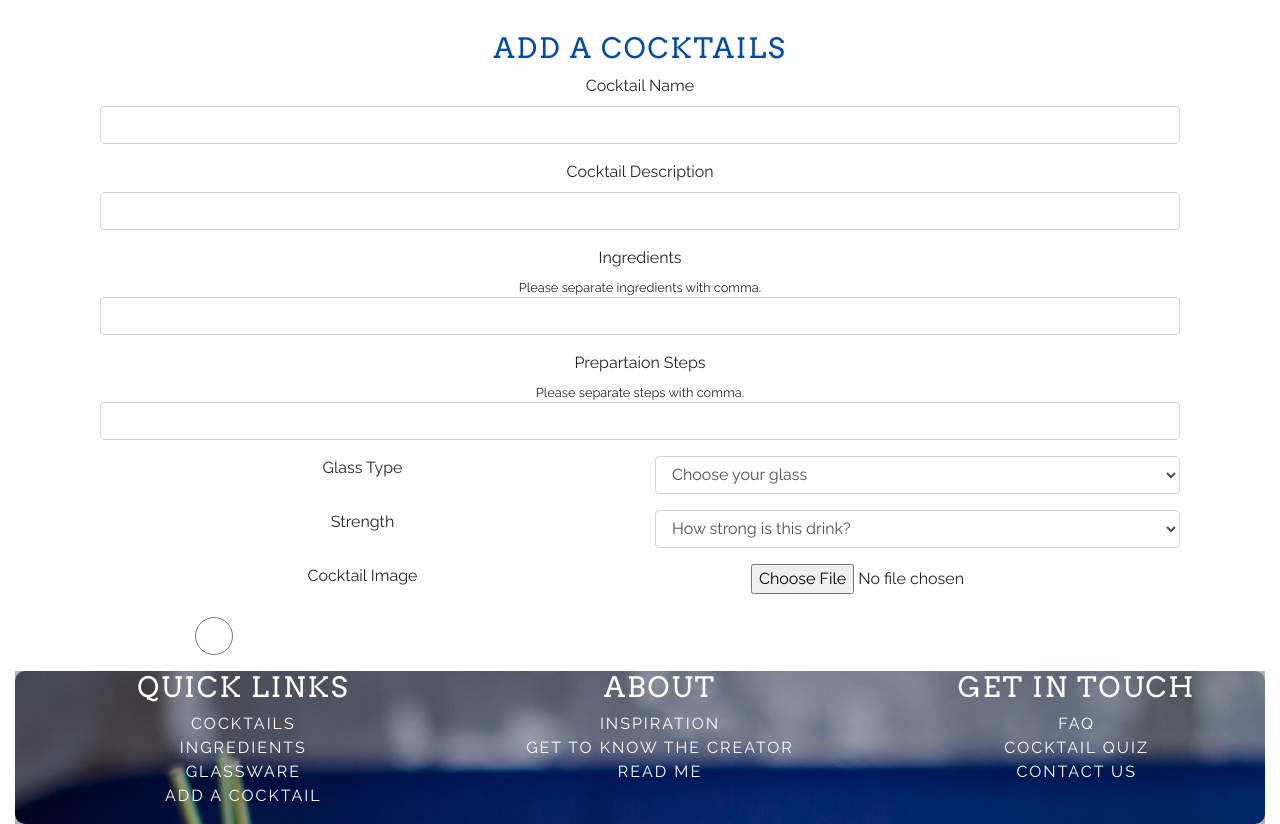
Repository: noblesaleka/cocktail_app
Page: http://localhost/add_cocktail
The author's editor kept a record of every edit. The page is drawn from the files as they stood at one moment, then again after the next edit.
The browser window is 1280 px wide. The pictures show the part of the page from y = 556 to 1380 px (the page is 1380 px tall).
The page is served by the project's application, run on Flask 3 (app.py). Queries for data that is not in the repository find no rows.

Above is the page before.
Console error: TypeError: $(...).formSelect is not a function

### templates/addCocktail.html
{% extends 'base.html' %} {% block content %}

<div class="container-fluid text-center">

    <div class="text-center">
        <h3>Add A Cocktails</h3>
    </div>

    <div class="container" id="">

        <form id="upload-form" action="{{url_for('insert_cocktail')}}" method="POST" enctype="multipart/form-data" class="col s12">
            <!--Cocktail Name-->
            <div class="form-group row ">
                <div class="col-12">
                    <label for="cocktail_name">Cocktail Name</label>
                    <input class="form-control validate" type="text" name="cocktail_name" id="cocktail_name" value="" required>
                </div>
            </div>

            <!--Cocktail Description-->
            <div class="form-group row ">
                <div class="col-12">
                    <label for="cocktail_description">Cocktail Description</label>
                    <input class="form-control validate" type="text" name="cocktail_description" id="cocktail_description" value="" required>
                </div>
            </div>

            <!--Cocktail Ingredients-->
            <div class="form-group row ">
                <div class="col-12">
                    <label for="ingredients">Ingredients</label>
                    <div><small>Please separate ingredients with comma.</small></div>
                    <input class="form-control validate" type="text" name="ingredients" id="ingredients" required>
                </div>
            </div>

            <!--Cocktail Preparation-->
            <div class="form-group row ">
                <div class="col-12">
                    <label for="preparation_steps">Prepartaion Steps</label>
                    <div><small>Please separate steps with comma.</small></div>
                    <input class="form-control validate" type="text" name="preparation_steps" id="preparation_steps" required>
                </div>
            </div>

            <!--Glass Name-->
            <div class="form-group row">
                <div class="col-6">
                    <label for="glass_name">Glass Type</label>
                </div>
                <div class="col-6">
                    <select class="form-control" name="glass_name" id="glass_name" required>
                            <option value="" disabled selected>Choose your glass</option>
                            {% for glass in glasses %}
                              <option value="{{glass.glass_name}}" data-icon="{{glass.image}}" data-icon="{{glass.image}}" class="left">{{glass.glass_name}}</option>
                            {% endfor %}
                    </select>
                </div>
            </div>

            <!--Cocktail Strength-->
            <div class="form-group row">
                <div class="col-6">
                    <label for="cocktail_strength">Strength</label>
                </div>
                <div class="col-6">
                    <select class="form-control" name="cocktail_strength" id="cocktail_strength" required>
                        <option value="" disabled selected>How strong is this drink?</option>
                        <option value="Weak">Weak</option>
                        <option value="Medium">Medium</option>
                        <option value="Strong">Strong</option>
                    </select>
                </div>
            </div>

            <!--Cocktail Image-->
            <div class="form-group row">
                <div class="col-6">
                    <label for="cocktail_image">Cocktail Image</label>
                </div>
                <div class="col-6 ">
                    <input class="" type="file" name="cocktail_image" id="cocktail_image" accept="image/*" required>
                </div>
            </div>

            <!--Virgin-->
            <div class="form-group row ">
                <div class="col-sm-2 col-md-1 offset-md-1 form-padding">
                    <div class="form-check">
                        <input class="form-check-input position-static form-control" type="radio" name="blankRadio" id="blankRadio" value="option" aria-label="..." required>
                    </div>
                </div>
            </div>

        </form>
    </div>
</div>


{% endblock %}

### templates/base.html
<!--<!DOCTYPE html>
<html>

<head>

  <!-- Google Font -->
<link href="https://fonts.googleapis.com/css2?family=Raleway&display=swap" rel="stylesheet">
<link href="https://fonts.googleapis.com/css2?family=Arvo:ital,wght@0,400;0,700;1,400;1,700&display=swap" rel="stylesheet">

<!-- Bootstrap CSS -->
<link rel="stylesheet" href="https://stackpath.bootstrapcdn.com/bootstrap/4.4.1/css/bootstrap.min.css" integrity="sha384-Vkoo8x4CGsO3+Hhxv8T/Q5PaXtkKtu6ug5TOeNV6gBiFeWPGFN9MuhOf23Q9Ifjh" crossorigin="anonymous">

<!-- Stylesheets -->
<link rel="stylesheet" href="{{url_for('static', filename='css/style.css')}}" type='text/css'>




</head>

<body>
  <div class="container-fluid">
    <header>
      <!-- Hero Section -->
      <div class="row align-items-center">
        <div class="col-12">
          <div class="jumbotron d-flex align-items-center" style="">

            <!-- Bootstrap Nav -->
            <div class="container-fluid text-center">
              <div class="row">
                <div class="col-12">
                  <nav class="navbar navbar-expand-md navbar-light d-block" style="background-color: rgba(0,0,0,0.2);">
                    <button class="navbar-toggler" type="button" data-toggle="collapse" data-target="#navbarNav" aria-controls="navbarNav" aria-expanded="false" aria-label="Toggle navigation">
                      <span class="navbar-toggler-icon"></span>
                    </button>
                    <div class="collapse navbar-collapse" id="navbarNav">
                      <ul class="navbar-nav mx-auto">
                        <li class="nav-item">
                          <a class="nav-link" href="{{url_for('get_cocktails')}}">Cocktails</span></a>
                        </li>
                        <li class="nav-item">
                          <a class="nav-link" href="{{url_for('get_glasses')}}">Ingredients</a>
                        </li>
                        <li class="nav-item">
                          <a class="nav-link" href="{{url_for('get_glasses')}}">Glassware</a>
                        </li>
                        <li class="nav-item">
                          <a class="nav-link" href="{{url_for('add_cocktail')}}">Add Cocktail</a>
                        </li>
                      </ul>
                    </div>
                  </nav>
                </div>
              </div>

              <!-- Logo and Browse Button -->
              <div class="row">
                <div class="col-12 text-center">
                  <a class="" href="{{url_for('get_cocktails')}}">
               <img src="../static/images/logo/the_cocktail_handbook_logo.png" width="400" height="400" class=" align-middle" alt="The Cocktail Handbook Logo">
                 </a>
                  </div>
              </div>
              <div class="row">
                <div class="col-sm-12 col-md-4 offset-md-4">
                  <a class="btn btn-primary btn-lg reg-btn d-block" href="{{url_for('get_cocktails', _anchor='browse-cocktails-section')}}" id="browse_cocktail_btn" role="button">Browse Cocktails</a>
                </div>
              </div>
            </div>
          </div>
        </div>
      </div>
    </header>



    {% block content %} {% endblock %}



    <footer class="footer">
      <div class="container-fluid text-center">
        <div class="row">
          <div class="col-md-4 grey-background">

            <ul class="footer-nav">
              <li>
                <h3>Quick Links</h3>
              </li>
              <li class="footer-nav-item">
                <a href="{{url_for('get_cocktails')}}">
                    Cocktails
                    </a>
              </li>
              <li class="footer-nav-item">
                <a href="{{url_for('get_cocktails')}}">
                    Ingredients
                    </a>
              </li>
              <li class="footer-nav-item">
                <a href="{{url_for('get_cocktails')}}">
                    Glassware
                    </a>
              </li>
              <li class="footer-nav-item">
                <a href="{{url_for('get_cocktails')}}">
                    Add a Cocktail
                    </a>
              </li>
            </ul>
          </div>
          <div class="col-md-4 grey-background">
            <ul class="footer-nav">
              <li>
                <h3>About</h3>
              </li>
              <li class="footer-nav-item">
                <a href="{{url_for('get_cocktails')}}">
                    Inspiration
                    </a>
              </li>
              <li class="footer-nav-item">
                <a href="{{url_for('get_cocktails')}}">
                    Get to know the creator
                    </a>
              </li>
              <li class="footer-nav-item">
                <a href="{{url_for('get_cocktails')}}">
                    Read me
                    </a>
              </li>
            </ul>
          </div>
          <div class="col-md-4 grey-background">

            <ul class="footer-nav">
              <li>
                <h3>Get in Touch</h3>
              </li>
              <li class="footer-nav-item">
                <a href="{{url_for('get_cocktails')}}">
                    FAQ
                    </a>
              </li>
              <li class="footer-nav-item">
                <a href="{{url_for('get_cocktails')}}">
                    Cocktail Quiz
                    </a>
              </li>
              <li class="footer-nav-item">
                <a href="{{url_for('get_cocktails')}}">
                    Contact Us
                    </a>
              </li>
            </ul>
          </div>
        </div>
      </div>
    </footer>
  </div>




  <script src="https://cdnjs.cloudflare.com/ajax/libs/jquery/3.5.0/jquery.min.js" integrity="sha256-xNzN2a4ltkB44Mc/Jz3pT4iU1cmeR0FkXs4pru/JxaQ=" crossorigin="anonymous"></script>
  <script src="https://cdnjs.cloudflare.com/ajax/libs/materialize/1.0.0/js/materialize.min.js"></script>
  <script type="text/javascript">
    $(document).ready(function() {
      $('.collapse').collapse();
      $('select').formSelect();
      $('.sidenav').sidenav();

    });
  </script>


  <!-- jQuery first, then Popper.js, then Bootstrap JS -->
  <script src="https://code.jquery.com/jquery-3.4.1.slim.min.js" integrity="sha384-J6qa4849blE2+poT4WnyKhv5vZF5SrPo0iEjwBvKU7imGFAV0wwj1yYfoRSJoZ+n" crossorigin="anonymous"></script>
  <script src="https://cdn.jsdelivr.net/npm/popper.js@1.16.0/dist/umd/popper.min.js" integrity="sha384-Q6E9RHvbIyZFJoft+2mJbHaEWldlvI9IOYy5n3zV9zzTtmI3UksdQRVvoxMfooAo" crossorigin="anonymous"></script>
  <script src="https://stackpath.bootstrapcdn.com/bootstrap/4.4.1/js/bootstrap.min.js" integrity="sha384-wfSDF2E50Y2D1uUdj0O3uMBJnjuUD4Ih7YwaYd1iqfktj0Uod8GCExl3Og8ifwB6" crossorigin="anonymous"></script>
</body>

</html>

### app.py
import os, re
from flask import Flask, render_template, redirect, request, url_for, send_from_directory
from flask_pymongo import PyMongo
from bson.objectid import ObjectId


app = Flask(__name__)

#link database to application
app.config["MONGO_DBNAME"] = 'cocktailHandbook'
app.config["MONGO_URI"] = 'mongodb+srv://root:excellent0909@cluster0-dxqrw.mongodb.net/cocktailHandbook?retryWrites=true&w=majority'
APP_ROOT = os.path.dirname(os.path.abspath(__file__))

#instance of PyMongo
mongo = PyMongo(app)

#connection to database default function
@app.route('/')
@app.route('/get_cocktails')
def get_cocktails():
    return render_template("cocktails.html", cocktails=mongo.db.cocktails.find())


#display cocktails from searchbar
@app.route('/search_cocktails', methods=["GET", "POST"])
def search_cocktails():
    if request.method == "POST":
        req = request.form
        search_form = req.get('search_field')
        #search_fields = {"cocktail_name" : search_form}
        search_form_re = re.compile('.*(%s).*'%search_form, flags= re.I)
        #search_fields = {"cocktail_name" : search_form}
        search_fields = {"cocktail_name" : search_form_re}
        return render_template("cocktails.html", cocktails=mongo.db.cocktails.find(search_fields))

#display addCocktail page
@app.route('/add_cocktail')
def add_cocktail():
    return render_template("addCocktail.html",
    glasses=mongo.db.glass.find())

#add new cocktail button functionality
@app.route('/insert_cocktail', methods=['POST'])
def insert_cocktail():
    target = os.path.join(APP_ROOT, 'static/images/cocktails')
    print(target)

    if not os.path.isdir(target):
        os.mkdir(target)

    for file in request.files.getlist("cocktail_image"):
        print(file)
        filename = file.filename
        destination = "/".join([target, filename])
        print("file is loacated" + destination)
        file.save(destination)
        rel_destination = file.filename
        print("rel is loacated" + rel_destination)
    cocktails = mongo.db.cocktails

    form_data = {
        'cocktail_name' : request.form.get('cocktail_name'),
        'glass_name' : request.form.get('glass_name'),
        'cocktail_description' : request.form.get('cocktail_description'),
        'preparation_steps' : request.form.get('preparation_steps').split(','),
        'is_virgin' : request.form.get('is_virgin'),
        'ingredients' : request.form.get('ingredients').split(','),
        'cocktail_strength' : request.form.get('cocktail_strength'),
        'cocktail_image' : rel_destination
    }
    cocktails.insert_one(form_data)
    return render_template("cocktails.html", cocktails=mongo.db.cocktails.find(), image_name=filename)


#retrieve image path for cocktail images
@app.route('/upload/<filename>')
def send_image(filename):
    return send_from_directory("static/images/cocktails", filename)

#edit button functionality
@app.route('/edit_cocktail/<cocktail_id>')
def edit_cocktail(cocktail_id):
    the_cocktail = mongo.db.cocktails.find_one({"_id": ObjectId(cocktail_id)})
    all_categories = mongo.db.categories.find()
    return render_template('editCocktail.html', cocktail = the_cocktail, categories = all_categories)

@app.route('/update_cocktail/<cocktail_id>', methods=["POST"])
def update_cocktail(cocktail_id):
    cocktail = mongo.db.cocktails
    cocktail.update_cocktail( {'_id': ObjectId(cocktail_id)},
       {
        'cocktail_name' : request.form.get['cocktail_name'],
        'glass_name' : request.form.get['glass_name'],
        'cocktail_description' : request.form.get['cocktail_description'],
        'preparation_steps' : request.form.get['preparation_steps'],
        'is_virgin' : request.form.get['is_virgin']
        })
    return redirect(url_for('get_cocktails'))

@app.route('/delete_cocktail/<cocktail_id>')
def delete_cocktail(cocktail_id):
    mongo.db.cocktails.remove({'_id': ObjectId(cocktail_id)})
    return redirect(url_for('get_cocktails'))

@app.route('/get_glasses')
def get_glasses():
    return render_template('glasses.html',
    glasses=mongo.db.glass.find())

@app.route('/edit_glasses/<glass_id>')
def edit_glass(glass_id):
    return render_template('editglass.html',
    glass = mongo.db.glass.find_one({'_id': ObjectId(glass_id)}))

@app.route('/update_glass/<glass_id>', methods=["POST"])
def update_glass(glass_id):
    mongo.db.glass.update(
        {'_id' : ObjectId(glass_id)},
        {'glass_name': request.form.get('glass_name')})
    return redirect(url_for('get_glasses'))

@app.route('/delete_glass/<glass_id>')
def delete_glass(glass_id):
    mongo.db.glass.remove({'_id' : ObjectId(glass_id)})
    return redirect(url_for('get_glasses'))

@app.route('/insert_glass', methods=["POST"])
def insert_glass():
    glasses = mongo.db.glass
    glass_doc = {'glass_name': request.form.get('glass_name')}
    glasses.insert_one(glass_doc)
    return redirect(url_for('get_glasses'))

@app.route("/add_glass")
def add_glass():
    return render_template('addglass.html')


if __name__ == '__main__':
    app.run(host = os.environ.get('IP'),
    port=int(os.environ.get('PORT')),
    debug=True)

### static/css/style.css
html {
     box-sizing: border-box;
      padding: 0px;
      margin: 0px;
      scroll-behavior: smooth;
}

body {
    font-family: 'Raleway', sans-serif;
}

.rotate {
  writing-mode: vertical-lr;
  display: inline;
  transform: rotate(180deg) translateX(-5px) !important;
}
 .navbar {
     border-radius: 10px;
 }

@media (max-width: 768px) {
  .hide-sm {
  display: none;
} }

.reg-btn {
  color: white;
  background-color: #004aad !important;
  text-transform: uppercase;
  font-size: 0.75em;
}

.btn-primary {
  color: #fff;
  background-color: #004aad;
  border-color: #004aad;
  transition: 0.75s ease-in-out;
  border-radius: 10px;

}

.btn-primary:hover {
    color: #fff;
    background-color: #338BFF !important;
    border-color: #5CA3FF;
}

.btn-primary:focus, .btn-primary.focus {
    color: #fff;
    background-color: #5CA3FF;
    border-color: #5CA3FF;
    box-shadow: 0 0 0 0.2rem rgba(38, 143, 255, 0.5);
}

#browse_cocktail_btn {
    font-family: 'Arvo', serif;
    letter-spacing: 4px;
}

.btn_small {
    height: 60px;
    width: 60px;
    line-height: 60px;
    margin: 5px 5px;
    padding: 0 0.5em;
    border-radius: 50%;
}

.cocktail_header {
    margin-top: 30px;
    padding-left: 15px;
}


h1 {
    font-size: 2em;
}

h2 {
    font-size: 1.8em;
    font-family: 'Arvo', serif;
    color: #004aad !important;
    font-weight: 500 !important;
    text-transform: uppercase;
    position: relative;
    letter-spacing: 2px;
}

.card-header-h2 {
    font-family: 'Arvo', serif;
    color: #004aad !important;
    font-weight: 500 !important;
    text-transform: uppercase;
    position: relative;
    letter-spacing: 2px;
}

h3 {
    font-family: 'Arvo', serif;
    color: #004aad !important;
    font-weight: 500 !important;
    text-transform: uppercase;
    position: relative;
    text-decoration: none;
    letter-spacing: 2px;
}

.browse-cocktails-section h3 {
    letter-spacing: 5px;
    text-decoration: underline;
}

.nav-link {
    font-family: 'Arvo', serif;
    color: white !important;
    font-weight: 500;
    text-transform: uppercase;
    position: relative;
    letter-spacing: 2px;
}

.nav-item > a::before {
    content: "";
    position: absolute;
    width: 100%;
    height: 2px;
    bottom: 0;
    left: 0;
    background-color: #fff;
    visibility: hidden;
    transform: scaleX(0);
    transition: all 0.5s ease-in-out 0s;
}

.nav-item > a:hover::before {
    visibility: visible;
  transform: scaleX(1);
}


.jumbotron {
    background-image: url("../images/logo/louis-hansel-shotsoflouis-Kix0S25vJEo-unsplash.jpg");
    background-position: 0px -400px;
    border-radius: 10px !important;
    min-height: 60vh;
    background-size: cover;
    background-repeat: no-repeat;
    padding-top: 0;

}

footer {
    border-radius: 10px;
    background-image: url("../images/logo/louis-hansel-shotsoflouis-b8-G0zZDCyY-unsplash.jpg");

    background-size: cover;
    background-repeat: no-repeat;
}

.footer h3 {
    color: white !important;
}

.footer-nav li {
    list-style: none;
    color: white !important;
    font-weight: 200;
    text-transform: uppercase;
    position: relative;
    letter-spacing: 2px;
}

.footer-nav-item a {
    text-decoration: none;
    color: white;
    font-weight: 200;
}

.footer-nav-item > a::before {
    content: "";
    position: absolute;
    width: 100%;
    height: 2px;
    bottom: 0;
    left: 0;
    background-color: white;
    visibility: hidden;
    transform: scaleX(0);
    transition: all 0.5s ease-in-out 0s;
}

.footer-nav-item > a:hover::before {
    visibility: visible;
    transform: scaleX(1);
}

.grey-background {
    background-color: rgba(0,0,0,0.3)
}

.search-box {
    padding: 10.875px;
    margin-top: 10px;
    /*background-color: #9DF7E5;*/
}

.search-btn {
  width: 100%;
  color: #004aad;
  border-color: #004aad;
  transition: 0.75s ease-in-out;
  border-radius: 10px;
}

.search-btn:hover {
    background-color: #338BFF !important;
    border-color: #5CA3FF;
}

#search_cocktail_btn {
    font-family: 'Arvo', serif;
    letter-spacing: 2px;
    text-transform: uppercase;
    font-size: 12px;
}

.card-header {
    background-color: rgba(0,0,0,0.3);
}

.cocktail_image {
    min-width: 100%;
    max-height: 300px;
    object-fit:cover;
}

.cocktail_fields {
    font-size: 0.8em;
    font-weight: 400;
    text-transform: uppercase;
    letter-spacing: 2px;
    color: #004aad;
    font-family: 'Arvo', serif;

}

.ingredient_list {
    list-style: none !important;
}

.preparation_list {
    list-style: none !important;
}

.card_list {
    padding: 0;
}

#delete_cocktail_btn {
    color: white;
    background-color: #8F2D56 !important;
    text-transform: uppercase;
    font-size: 0.75em;
}

#edit_cocktail_btn {
    color: white;
    background-color: #004aad !important;
    text-transform: uppercase;
    font-size: 0.75em;
}


#go_to_add_glass {
    text-transform: uppercase;
    font-size: 1em;
    letter-spacing: 2px;
    font-family: 'Arvo', serif;
    color: white !important;
}

#delete_glass_btn {
    color: #ab5f7a;
    background-color: rgba(0,0,0,0) !important;
    text-transform: uppercase;
    font-size: 0.75em;
    border-color: #ab5f7a;
    letter-spacing: 2px;
    font-family: 'Arvo', serif;
}

#delete_glass_btn:hover {
    background-color: #ab5f7a !important;
    border-color: #ab5f7a;
    color: white;
}

#edit_glass_btn {
    color: #517cb5;
    background-color: rgba(0,0,0,0) !important;
    text-transform: uppercase;
    font-size: 0.75em;
    border-color: #517cb5;
    letter-spacing: 2px;
    font-family: 'Arvo', serif;
}

#edit_glass_btn:hover {
    background-color: #517cb5 !important;
    border-color: #517cb5;
    color: white;
}

.browse-section h3 {
    letter-spacing: 5px;
    text-decoration: underline;
}

After the next edit:
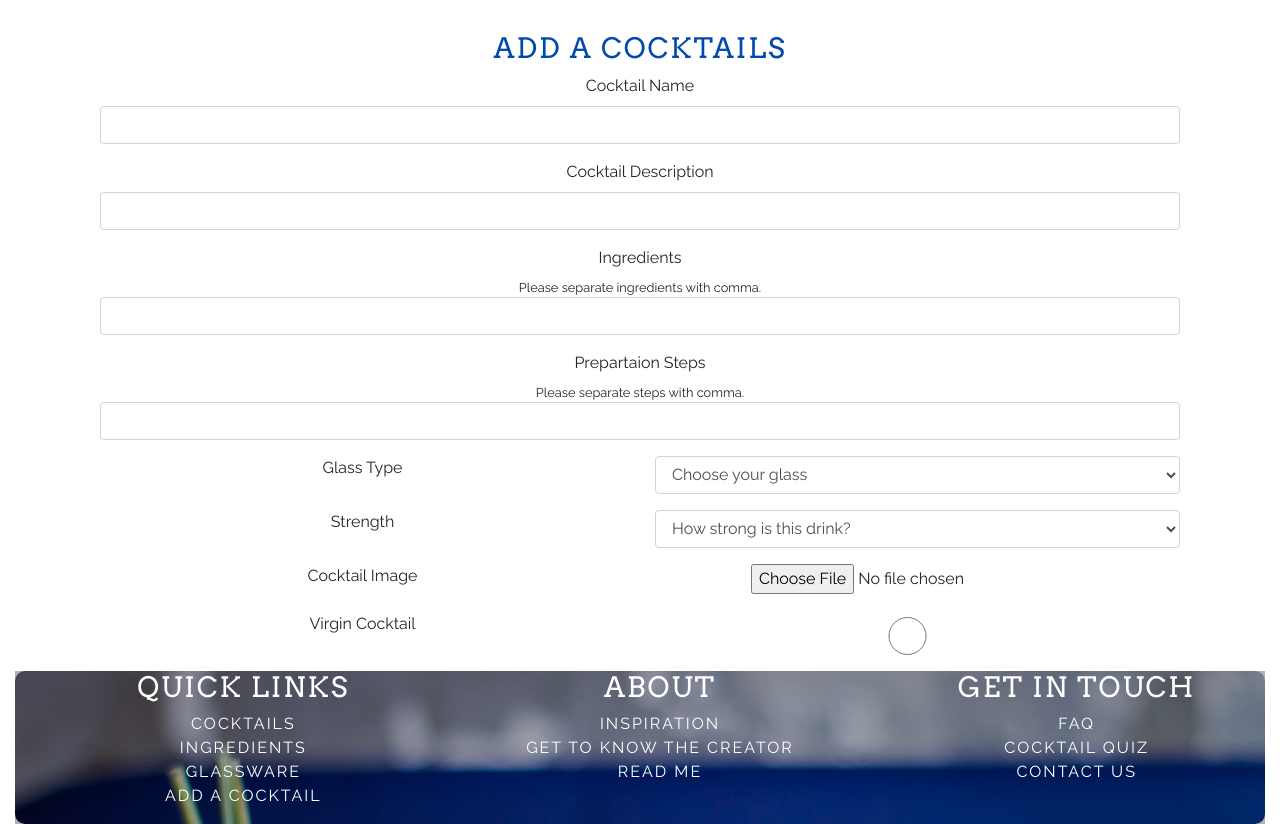
The edit:
--- a/templates/addCocktail.html
+++ b/templates/addCocktail.html
@@ -85,7 +85,10 @@
 
             <!--Virgin-->
             <div class="form-group row ">
-                <div class="col-sm-2 col-md-1 offset-md-1 form-padding">
+                <div class="col-6">
+                    <label for="blankRadio">Virgin Cocktail</label>
+                </div>
+                <div class="col-6">
                     <div class="form-check">
                         <input class="form-check-input position-static form-control" type="radio" name="blankRadio" id="blankRadio" value="option" aria-label="..." required>
                     </div>
